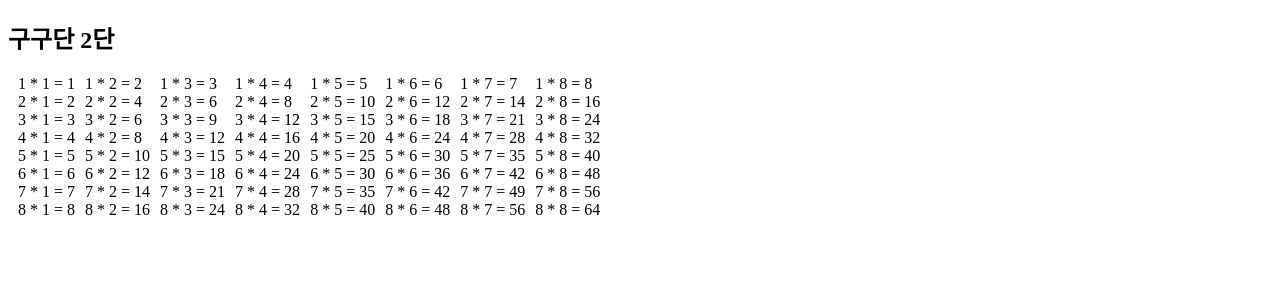
Repository: poiup/jsp_practice
Page: http://localhost/20210128/jspTag/Scriptlet.jsp
The author's editor kept a copy of each file at every save. The page is drawn from the files as they stood at one save, then again after the next save.
The browser window is 1280 px wide. The pictures show the whole page.
The page is served by Tomcat 9.

Above is the page before, as saved 2022-01-28 02:50:24.

### 20210128/src/main/webapp/jspTag/Scriptlet.jsp
<%@ page language="java" contentType="text/html; charset=UTF-8"
    pageEncoding="UTF-8"%>
<!DOCTYPE html>
<html>
<head>
<meta charset="UTF-8">
<title>Insert title here</title>
</head>
<body>
	<!-- 하단에 구구닫ㄴ 코드를 작성해주세요
	System.out.println() 이 괄호내 구문에 콘솔이 찍히게 해줫다면
	out.println()은 html화면에 괄호 내 구문을 콘솔에 찍히게 해줍니다.
	(javascript의 document.write()와 같은역활 -->
	<h2>구구단 2단</h2>
	<% for(int i = 1; i< 9; i++){
	%><div style = "float : left; margin-left : 10px"><%
		for(int j = 1; j< 9; j++){
		out.println(j + " * " + i + " = " + j*i);
	%></br><%
		}
	%></div><%
	}%>
</body>
</html>

After the next save:
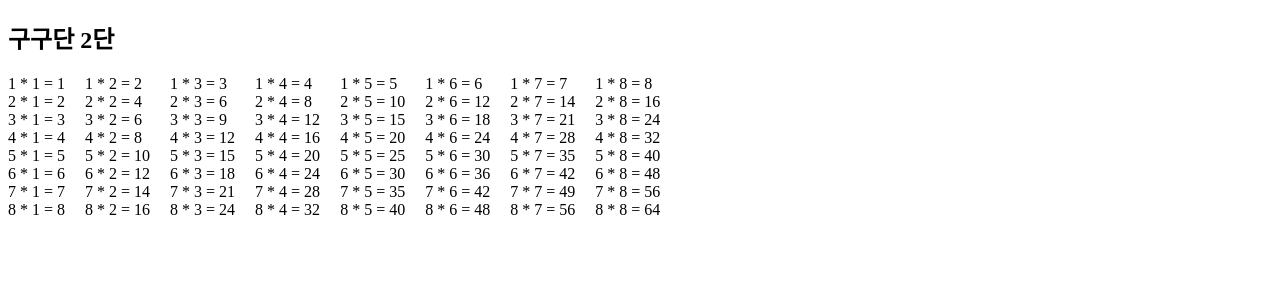
Saved 17 s later.
--- a/20210128/src/main/webapp/jspTag/Scriptlet.jsp
+++ b/20210128/src/main/webapp/jspTag/Scriptlet.jsp
@@ -13,7 +13,7 @@
 	(javascript의 document.write()와 같은역활 -->
 	<h2>구구단 2단</h2>
 	<% for(int i = 1; i< 9; i++){
-	%><div style = "float : left; margin-left : 10px"><%
+	%><div style = "float : left; margin-right : 20px"><%
 		for(int j = 1; j< 9; j++){
 		out.println(j + " * " + i + " = " + j*i);
 	%></br><%
